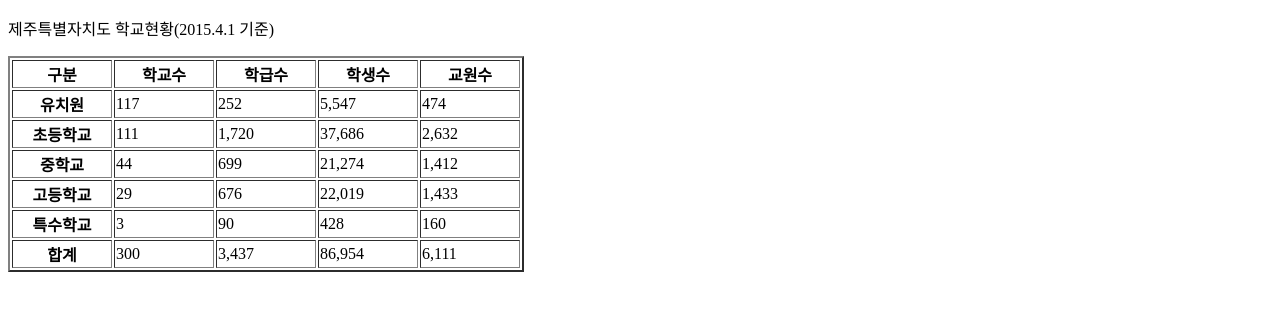
Repository: seulhwangbo/SeulJSP
Page: jspSrc17/webStandard01/src/main/webapp/02/table06.html
An editor plug-in stored every save of this project. The page is shown before and after the next save, followed by the edit.
The browser window is 1280 px wide. The pictures show the whole page.

Above is the page before, as saved 2024-06-13 06:41:18.

### jspSrc17/webStandard01/src/main/webapp/02/table06.html
<!DOCTYPE html>
<html>
<head>
<meta charset="UTF-8">
<style type="text/css">
td.td{
padding: 20px;
}
th{
text-decoration:  strong;
}
</style>
<title>Insert title here</title>
</head>
<body>
	<p>제주특별자치도 학교현황(2015.4.1 기준)</p>
	<table border="2">
	<colgroup>
	<col style="width : 100px;">
	<col style="width : 100px;">
	<col style="width : 100px;">
	<col style="width : 100px;">
	<col style="width : 100px;">
	</colgroup>
		<tr>
			<th>구분</th>
			<th>학교수</th>
			<th>학급수</th>
			<th>학생수</th>
			<th>교원수</th>
		</tr>
		<tr>
			<th>유치원</th>
			<td>117</td>
			<td>252</td>
			<td>5,547</td>
			<td>474</td>
		</tr>
		<tr>
			<th>초등학교</th>
			<td>111</td>
			<td>1,720</td>
			<td>37,686</td>
			<td>2,632</td>
		</tr>
		<tr>
			<th>중학교</th>
			<td>44</td>
			<td>699</td>
			<td>21,274</td>
			<td>1,412</td>
		</tr>
		<tr>
			<th>고등학교</th>
			<td>29</td>
			<td>676</td>
			<td>22,019</td>
			<td>1,433</td>
		</tr>
		<tr>
			<th>특수학교</th>
			<td>3</td>
			<td>90</td>
			<td>428</td>
			<td>160</td>
		</tr>
		<tr>
			<th>합계</th>
			<td>300</td>
			<td>3,437</td>
			<td>86,954</td>
			<td>6,111</td>
		</tr>
	</table>
</body>
</html>

After the next save:
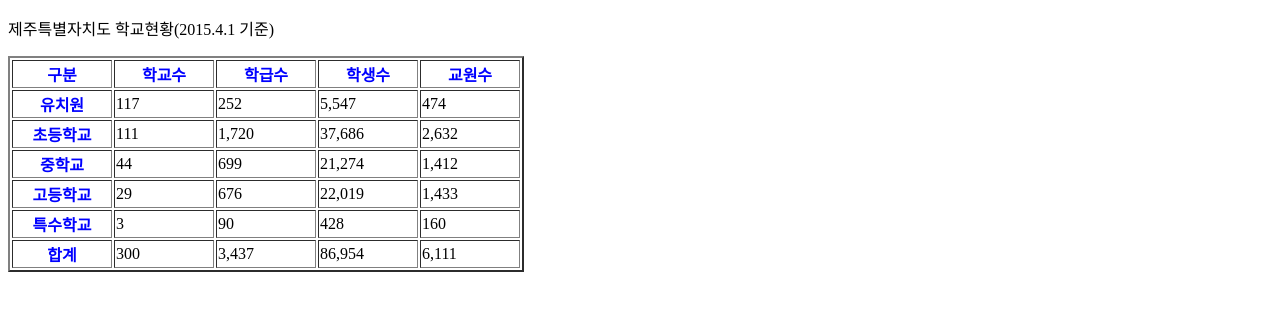
Saved 44 s later.
--- a/jspSrc17/webStandard01/src/main/webapp/02/table06.html
+++ b/jspSrc17/webStandard01/src/main/webapp/02/table06.html
@@ -8,6 +8,7 @@
 }
 th{
 text-decoration:  strong;
+color: blue;
 }
 </style>
 <title>Insert title here</title>

After the 2 saves that followed:
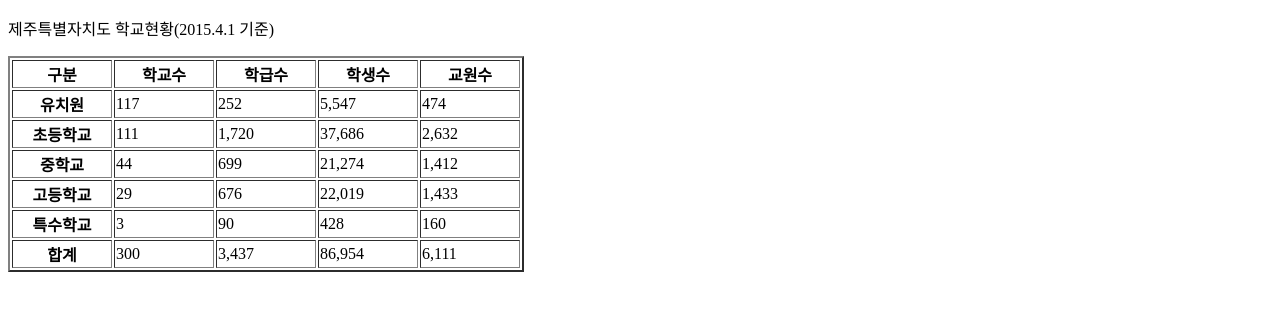
The 2 saves are shown as one change because 1 left the picture as it was.
The last was saved 34 s later.
--- a/jspSrc17/webStandard01/src/main/webapp/02/table06.html
+++ b/jspSrc17/webStandard01/src/main/webapp/02/table06.html
@@ -8,7 +8,7 @@
 }
 th{
 text-decoration:  strong;
-color: blue;
+
 }
 </style>
 <title>Insert title here</title>
@@ -17,7 +17,7 @@
 	<p>제주특별자치도 학교현황(2015.4.1 기준)</p>
 	<table border="2">
 	<colgroup>
-	<col style="width : 100px;">
+	<col style="width : 100px; color : black; ">
 	<col style="width : 100px;">
 	<col style="width : 100px;">
 	<col style="width : 100px;">
